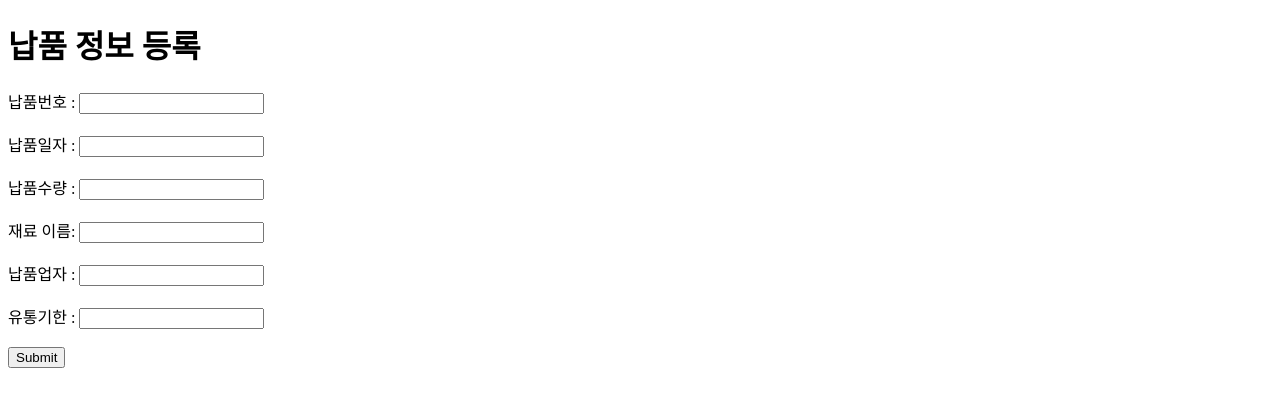
Repository: Awseok/InterDBTermProject
Page: FoodManager/WebContent/Supply_modify.html
The author's editor kept a copy of each file at every save. The page is drawn from the files as they stood at one save, then again after the next save.
The browser window is 1280 px wide. The pictures show the whole page.

Above is the page before, as saved 2020-06-29 15:24:13.

After the next save:
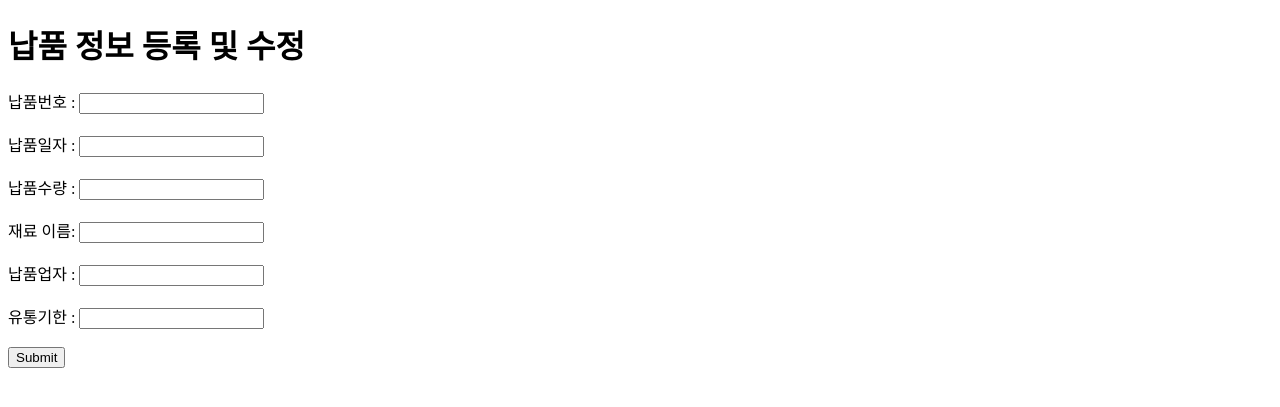
Saved 16 s later.
--- a/FoodManager/WebContent/Supply_modify.html
+++ b/FoodManager/WebContent/Supply_modify.html
@@ -2,10 +2,10 @@
 <html>
 <head>
 <meta charset="UTF-8">
-<title>납품 정보 등록</title>
+<title>납품 정보 등록 및 수정</title>
 </head>
 <body>
-<h1> 납품 정보 등록 </h1>
+<h1> 납품 정보 등록 및 수정 </h1>
 
 <form action="http://localhost:8080/FoodManager/SupplyController">
 납품번호 :  <input type="number" name="sno"> <br/><br>
